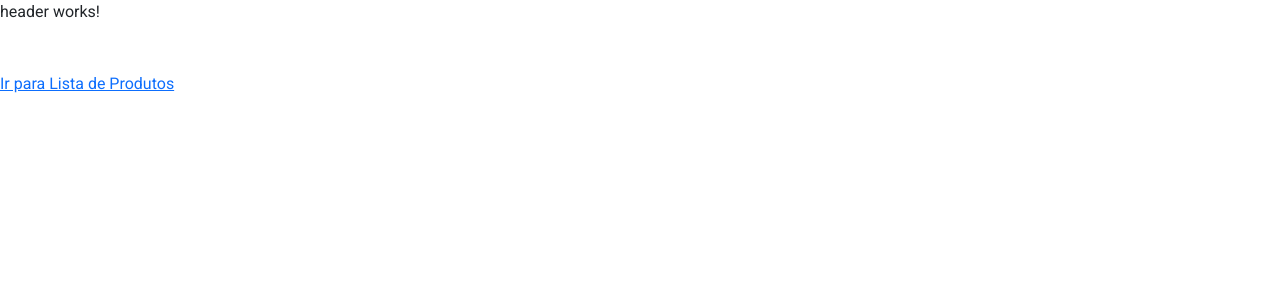
Repository: andreGattermeyer/Cadastro-Produtos-Angular
Page: / (app in frontend/cadastro-produtos/)
The author's editor kept a copy of each file at every save. The page is drawn from the files as they stood at one save, then again after the next save.
The browser window is 1280 px wide. The pictures show the whole page.
The project was rebuilt for these pictures with package versions that can differ from the ones it lists, and the page was loaded fresh each time. Also part of the build but not shown: frontend/cadastro-produtos/angular.json, frontend/cadastro-produtos/src/app/componentes/lista-produtos/lista-produtos.component.ts.

Above is the page before, as saved 2025-04-22 23:06:24.

After the next save:
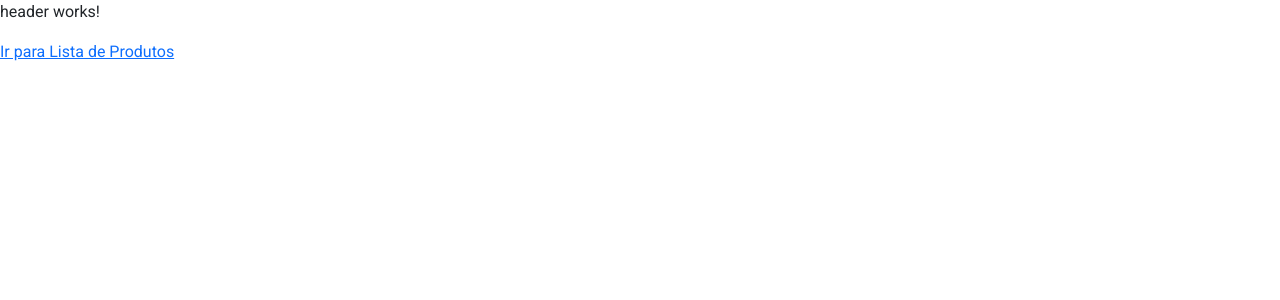
Saved 57 s later.
--- a/frontend/cadastro-produtos/src/app/componentes/home/home.component.html
+++ b/frontend/cadastro-produtos/src/app/componentes/home/home.component.html
@@ -1,3 +1,3 @@
-<div class="mt-5">
+<div>
   <a [routerLink]="['/lista-produtos']">Ir para Lista de Produtos</a>
 </div>
